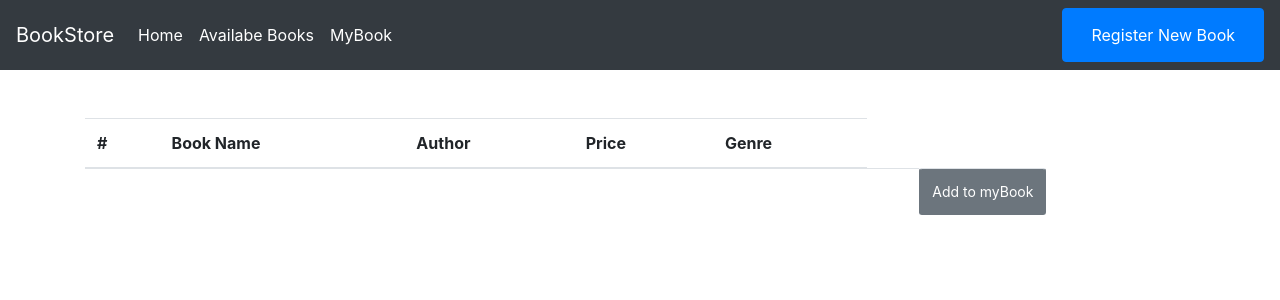
Repository: Sumanta-Sahoo/BookStoreApp
Page: http://localhost/availabeBooks
An editor plug-in stored every save of this project. The page is shown before and after the next save, followed by the edit.
The browser window is 1280 px wide. The pictures show the whole page.
The page is this project's Thymeleaf template; nobody is signed in. The template is opened directly, without the code that normally fills it, so the values that code supplies are empty.

Above is the page before, as saved 2024-03-18 23:53:45.

### bookstore/src/main/resources/templates/availabeBooks.html
<!doctype html>
<html lang="en" xmlns:th="https://www.thymeleaf.com">

<head>
	<!-- Required meta tags -->
	<meta charset="utf-8">
	<meta name="viewport" content="width=device-width, initial-scale=1, shrink-to-fit=no">

	<!-- Bootstrap CSS -->
	<link rel="stylesheet" href="https://cdn.jsdelivr.net/npm/bootstrap@4.4.1/dist/css/bootstrap.min.css"
		integrity="sha384-Vkoo8x4CGsO3+Hhxv8T/Q5PaXtkKtu6ug5TOeNV6gBiFeWPGFN9MuhOf23Q9Ifjh" crossorigin="anonymous">

	<title>BookStore</title>
</head>

<body>
	<nav class="navbar navbar-expand-lg navbar-light bg-dark">
		<a class="navbar-brand text-white" href="#">BookStore</a>
		<button class="navbar-toggler" type="button" data-toggle="collapse" data-target="#navbarSupportedContent"
			aria-controls="navbarSupportedContent" aria-expanded="false" aria-label="Toggle navigation">
			<span class="navbar-toggler-icon"></span>
		</button>

		<div class="collapse navbar-collapse" id="navbarSupportedContent">
			<ul class="navbar-nav mr-auto">
				<li class="nav-item active">
					<a class="nav-link text-white" href="#">Home<span class="sr-only">(current)</span></a>
				</li>
				<li class="nav-item">
					<a class="nav-link text-white" href="availabe_books">Availabe Books</a>
				</li>
				<li class="nav-item">
					<a class="nav-link text-white" href="my_books">MyBook</a>
				</li>
			</ul>
			<div>
				<button type="button" class="btn btn-primary"><a class="nav-link text-white"
						href="bookRegister">Register New Book</a></button>
			</div>

		</div>
	</nav>


	<div class="container my-5 md-6">
		<table class="table table-white table-hover">
			<thead>
				<tr>
					<th scope="col">#</th>
					<th scope="col">Book Name</th>
					<th scope="col">Author</th>
					<th scope="col">Price</th>
					<th scope="col">Genre</th>
				</tr>
			</thead>
			<tbody class="table-group-divider">
				<tr th:each:"b :${book}">
					<th scope="row"></th>
					<td th : text="${b.bookId}"></td>
					<td th : text="${b.bookName}"></td>
					<td th : text="${b.bookAuthor}"></td>
					<td th : text="${b.bookPrice}"></td>
					<td th : text="${b.bookGenre}"></td>
					<td class="btn btn-secondary btn-sm">Add to myBook</td>
				</tr>
			</tbody>
		</table>
	</div>

	<!-- Optional JavaScript -->
	<!-- jQuery first, then Popper.js, then Bootstrap JS -->
	<script src="https://code.jquery.com/jquery-3.4.1.slim.min.js"
		integrity="sha384-J6qa4849blE2+poT4WnyKhv5vZF5SrPo0iEjwBvKU7imGFAV0wwj1yYfoRSJoZ+n"
		crossorigin="anonymous"></script>
	<script src="https://cdn.jsdelivr.net/npm/popper.js@1.16.0/dist/umd/popper.min.js"
		integrity="sha384-Q6E9RHvbIyZFJoft+2mJbHaEWldlvI9IOYy5n3zV9zzTtmI3UksdQRVvoxMfooAo"
		crossorigin="anonymous"></script>
	<script src="https://cdn.jsdelivr.net/npm/bootstrap@4.4.1/dist/js/bootstrap.min.js"
		integrity="sha384-wfSDF2E50Y2D1uUdj0O3uMBJnjuUD4Ih7YwaYd1iqfktj0Uod8GCExl3Og8ifwB6"
		crossorigin="anonymous"></script>
</body>

</html>

After the next save:
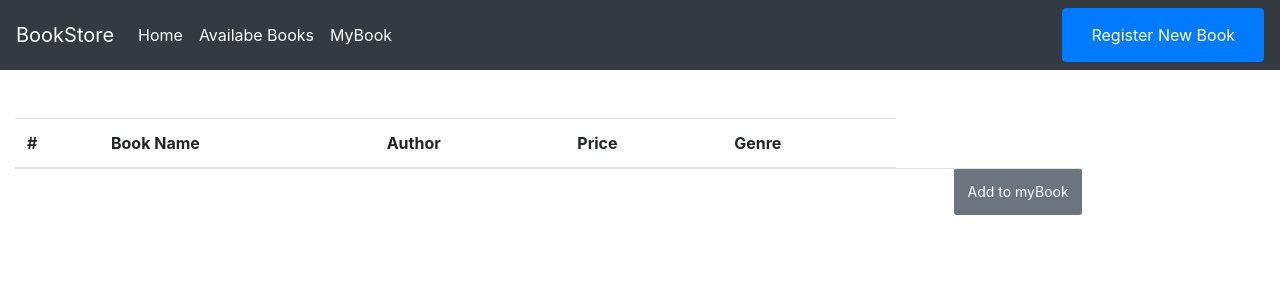
Saved 38 s later.
--- a/bookstore/src/main/resources/templates/availabeBooks.html
+++ b/bookstore/src/main/resources/templates/availabeBooks.html
@@ -42,7 +42,7 @@
 	</nav>
 
 
-	<div class="container my-5 md-6">
+	<div class="container my-5 col md-6">
 		<table class="table table-white table-hover">
 			<thead>
 				<tr>
